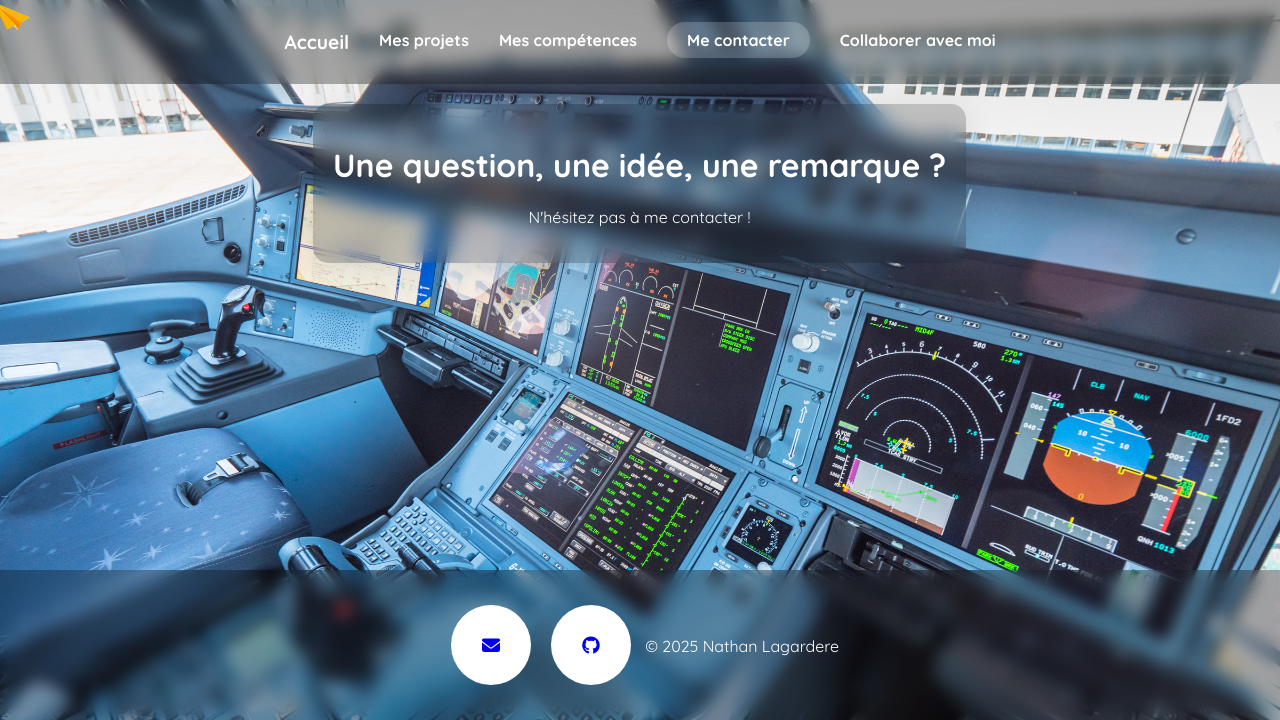
Repository: nlagardere/myportfolio
Page: contact.html
These files come from the project's save history. The page is drawn as it stood at one moment and after a run of saves; the edit follows.
The browser window is 1280 px wide. The pictures show the whole page.

Above is the page before, as saved 2025-09-07 11:06:44.

After the next 2 saves:
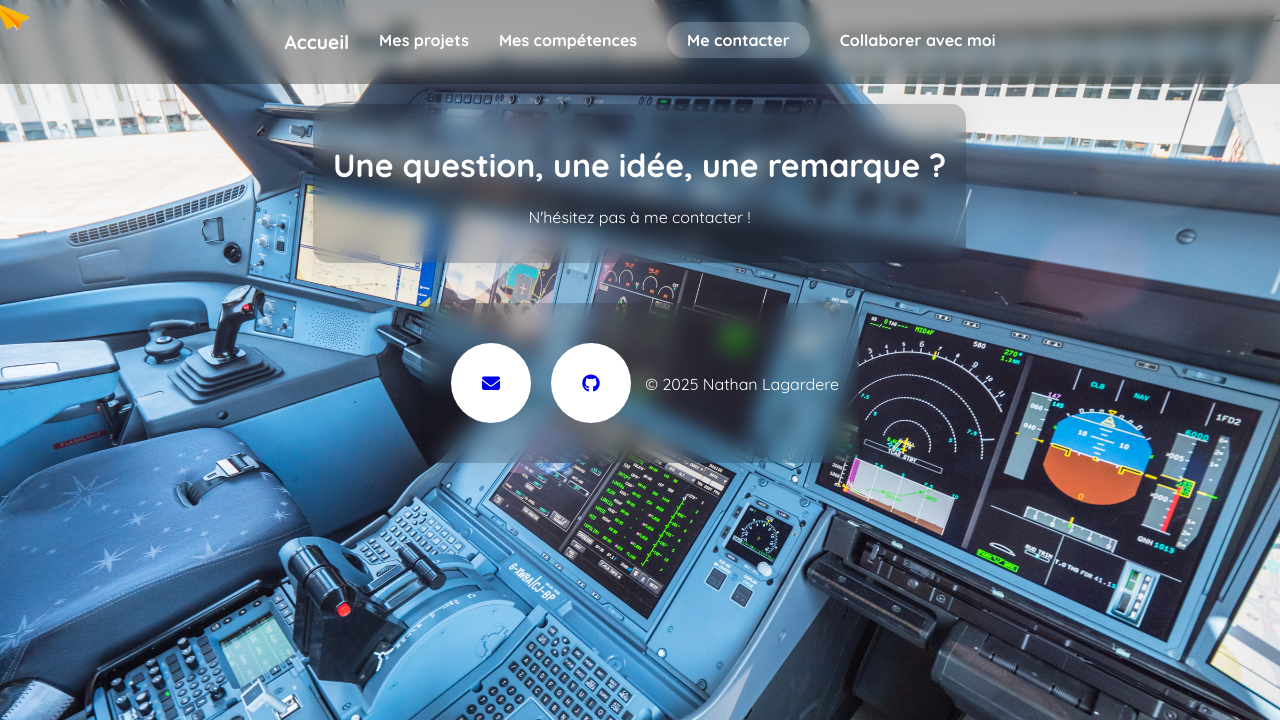
The 2 saves are shown as one change because they came seconds apart.
The last was saved 10 s later.
--- a/contact.html
+++ b/contact.html
@@ -243,8 +243,7 @@
     <h1>Une question, une idée, une remarque ?</h1>
     <p>N'hésitez pas à me contacter !</p>
     </div>
-
-
+  <form class="glasscard" action="mailto:
   <div class="footer">
     <ul class="wrapper">
       <li class="icon mail">
